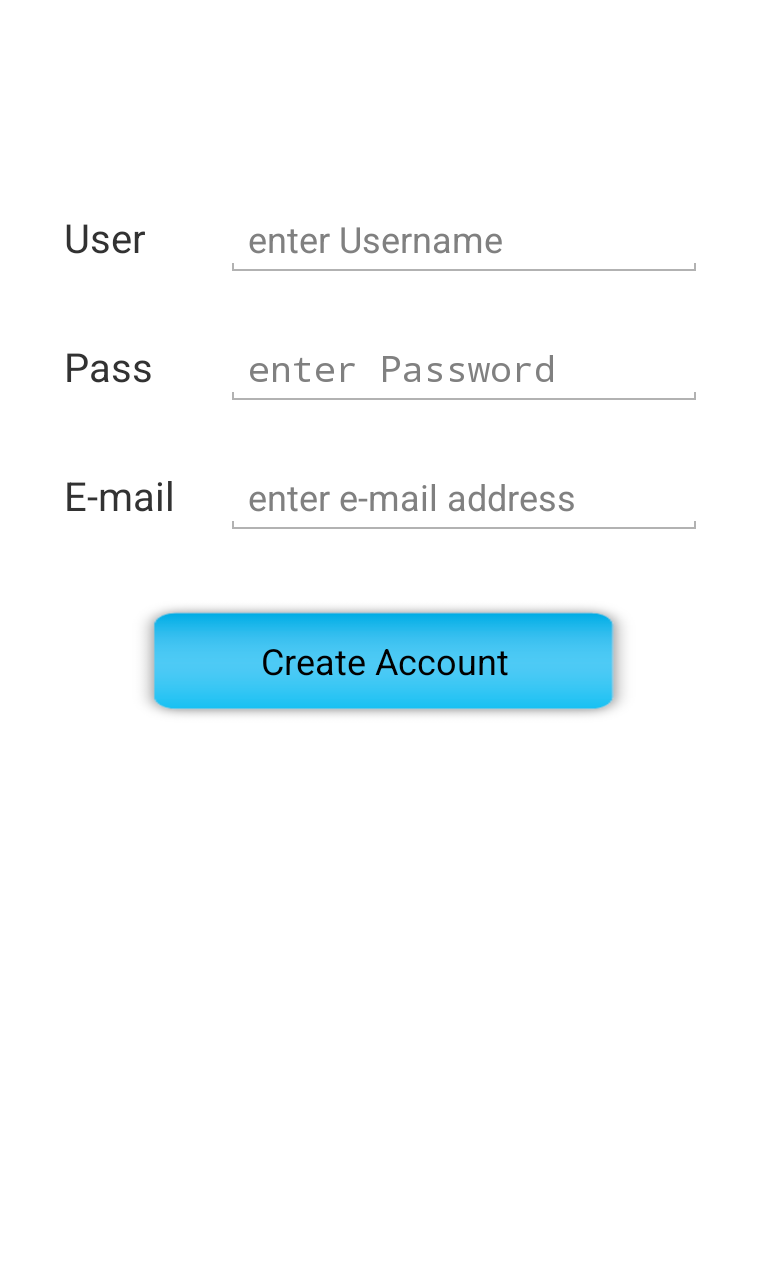
Repository: frebblegameteam/FrebbleApp
Layout: Frebble/res/layout/activity_sign_up.xml
An editor plug-in stored every save of this project. The layout is shown before and after the next save, followed by the edit.
It is drawn on a 768 x 1280 px phone screen (xhdpi) without system bars, with theme FrebbleABTheme; the app's code is not run.

Above is the layout before, as saved 2014-10-08 14:05:51.

After the next save:
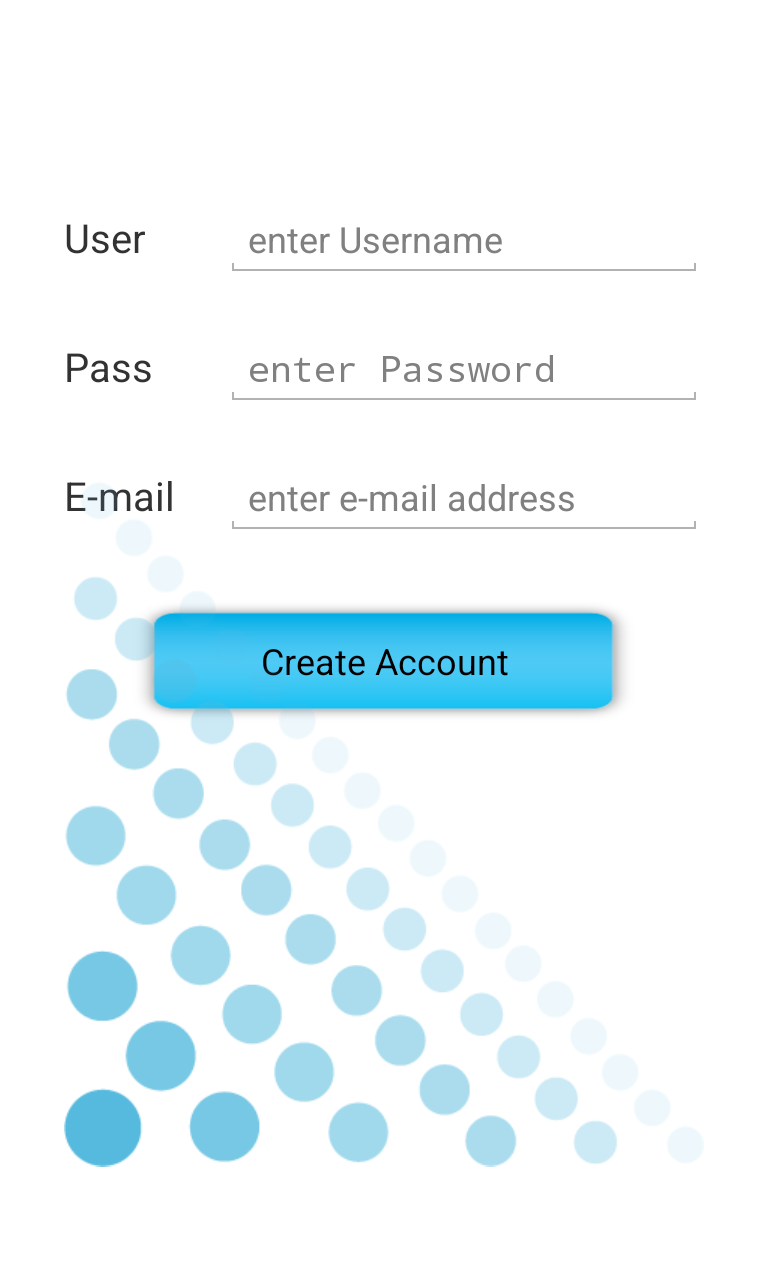
Saved 4 min 16 s later.
--- a/Frebble/res/layout/activity_sign_up.xml
+++ b/Frebble/res/layout/activity_sign_up.xml
@@ -78,4 +78,12 @@
             android:background="@drawable/button"
             android:text="@string/createAccText" />
 
+        <ImageView
+            android:id="@+id/imageView1"
+            android:layout_width="wrap_content"
+            android:layout_height="wrap_content"
+            android:layout_alignParentLeft="true"
+            android:layout_alignParentBottom="true"
+            android:src="@drawable/balletjes" />
+
 </RelativeLayout>
